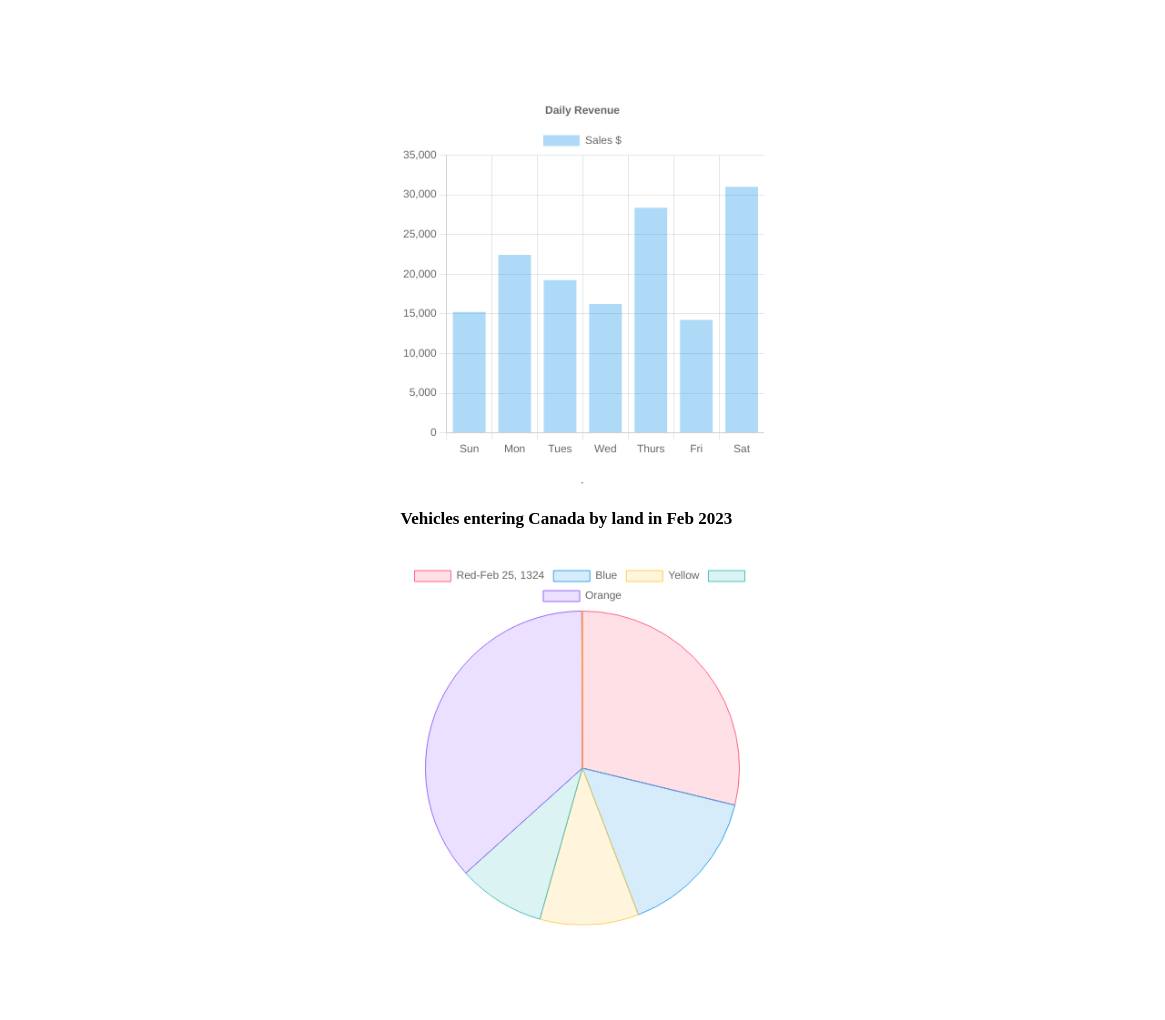
Repository: anoncoderin/dcd-charts-11week
Page: /
The author's editor kept a copy of each file at every save. The page is drawn from the files as they stood at one save, then again after a run of saves.
The browser window is 1280 px wide. The pictures show the whole page, at 91% of full size.
The project was rebuilt for these pictures with package versions that can differ from the ones it lists, and the page was loaded fresh each time. The framework's server and built-in components were replaced by stand-ins that run in the browser. Also part of the build but not shown: next.config.js.

Above is the page before, as saved 2023-03-24 11:52:09.

After the next 2 saves:
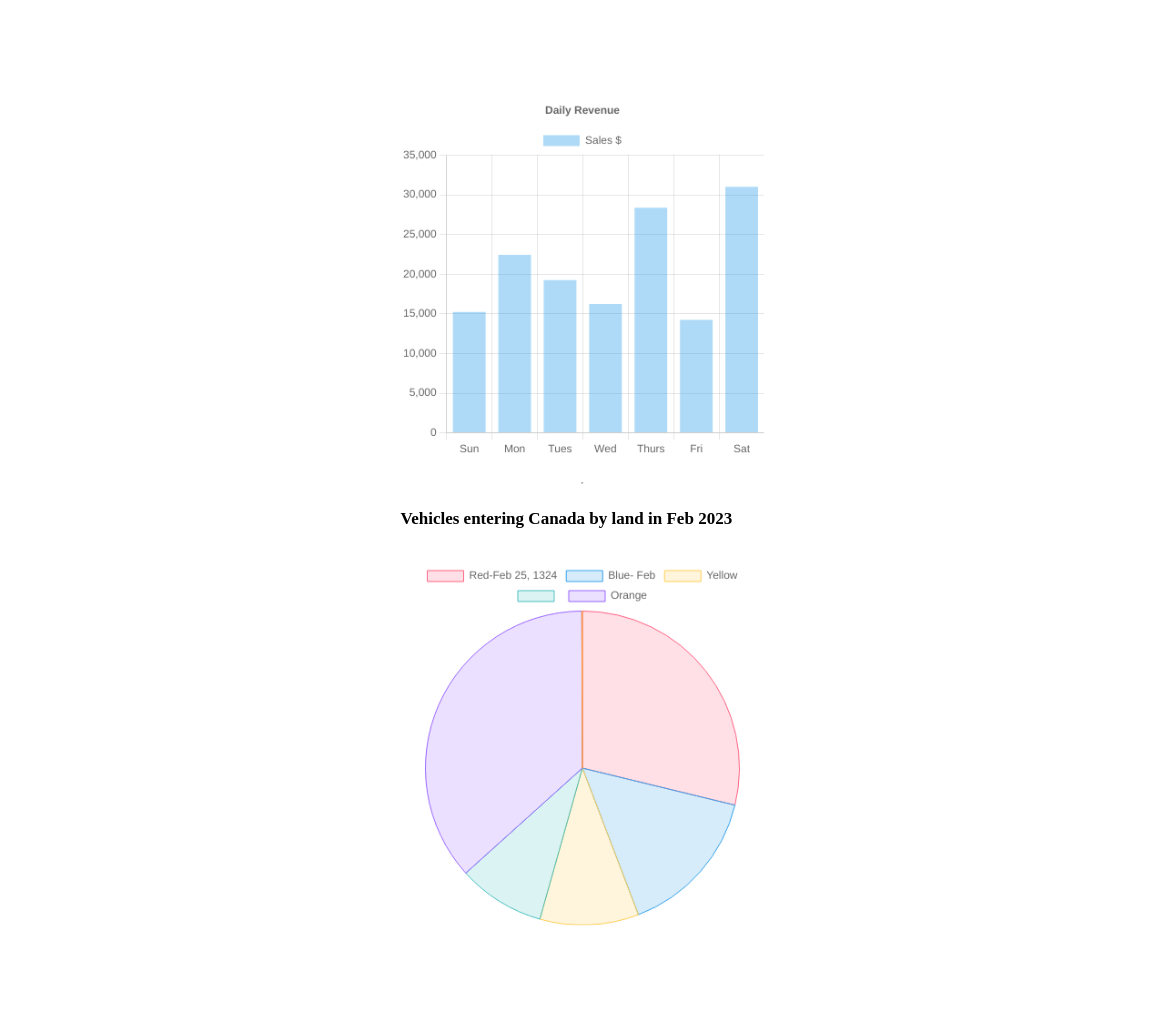
The 2 saves are shown as one change because they came seconds apart.
The last was saved 40 s later.
--- a/components/PieChart/index.js
+++ b/components/PieChart/index.js
@@ -16,7 +16,7 @@ ChartJS.register(ArcElement,
 
 export default function PieChart() {
 const data = {
-  labels: ["Red-Feb 25, 1324", "Blue", "Yellow", "", "Orange"],
+  labels: ["Red-Feb 25, 1324", "Blue- Feb", "Yellow", "", "Orange"],
   datasets: [
     {
       label: "# of Votes",
